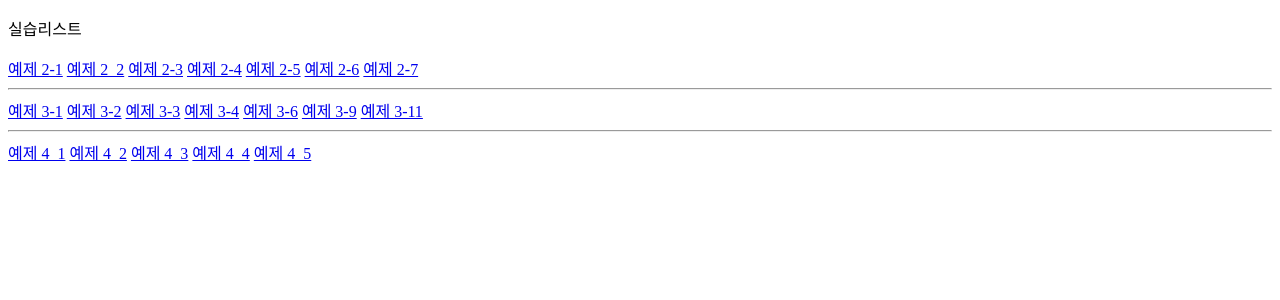
Repository: H-hyeonje/jsp
Page: http://localhost/jsbook/
An editor plug-in stored every save of this project. The page is shown before and after the next save, followed by the edit.
The browser window is 1280 px wide. The pictures show the whole page.
The page is served by Tomcat 10.

Above is the page before, as saved 2024-10-10 03:41:47.

After the next save:
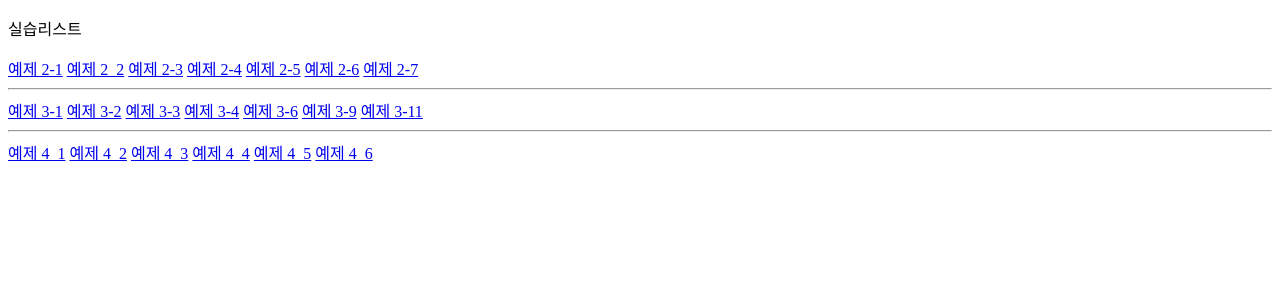
Saved 15 s later.
--- a/jsbook/src/main/webapp/index.jsp
+++ b/jsbook/src/main/webapp/index.jsp
@@ -29,5 +29,6 @@
 <a href="4_3">예제 4_3</a>
 <a href="4_4">예제 4_4</a>
 <a href="4_5">예제 4_5</a>
+<a href="4_6">예제 4_6</a>
 </body>
 </html>
